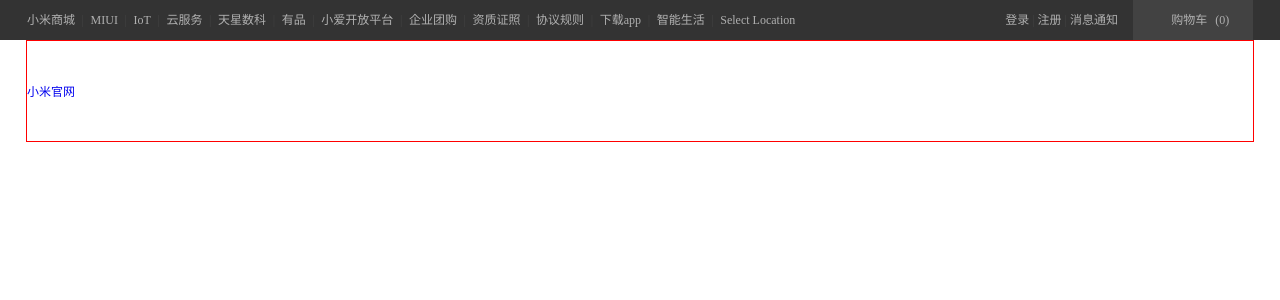
Repository: StackTc/FrontStudy
Page: xiaomi/demo.html
An editor plug-in stored every save of this project. The page is shown before and after a run of saves, followed by the edit.
The browser window is 1280 px wide. The pictures show the whole page.
Some web fonts or font styles are not loaded; a fallback is used.

Above is the page before, as saved 2024-06-05 08:51:54.

### xiaomi/demo.html
<!DOCTYPE html>
<html lang="en">

<head>
    <meta charset="UTF-8" />
    <meta name="viewport" content="width=device-width, initial-scale=1.0" />
    <title>
        小米商城 - 小米11、Redmi Note 9、小米MIX Alpha，小米电视官方网站
    </title>
    <link rel="stylesheet" href="css/General style.css" />
    <link rel="stylesheet" href="my/demo.css" />
    <link rel="stylesheet" href="css/iconfont.css" />
</head>

<body>
    <div class="header">
        <div class="site-topbar">
            <div class="container w">
                <div class="topbar-nav fl">
                    <a href="#">小米商城</a>
                    <span>|</span>
                    <a href="#">MIUI</a>
                    <span>|</span>
                    <a href="#">IoT</a>
                    <span>|</span>
                    <a href="#">云服务</a>
                    <span>|</span>
                    <a href="#"> 天星数科</a>
                    <span>|</span>
                    <a href="#">有品</a>
                    <span>|</span>
                    <a href="#">小爱开放平台</a>
                    <span>|</span>
                    <a href="#">企业团购</a>
                    <span>|</span>
                    <a href="#">资质证照</a>
                    <span>|</span>
                    <a href="#">协议规则</a>
                    <span>|</span>
                    <a href="#" id="j-app" class="topbar-download">
                        下载app
                        <div class="appcode">
                            <img src="images/download.png" alt="小米商城" width="90" height="90">
                            <span>
                                小米商城app
                            </span>
                        </div>
                    </a>
                    <span>|</span>
                    <a href="#">智能生活</a>
                    <span>|</span>
                    <a href="#">Select Location</a>
                </div>

                <div class="site-shop fr">
                    <a href="#" class="cart">
                        <em class="iconfont">&#xe61c;</em>购物车
                        <span class="J-sp"> (0) </span>
                    </a>
                    <div class="j-menu">购物车中还没有商品，赶紧选购吧！</div>
                </div>

                <div class="topbar-info fr">
                    <a href="#">登录</a>

                    <span>|</span>
                    <a href="#">注册</a>
                    <span>|</span>
                    <span class="site-info-span">
                        <a href="#">消息通知</a>
                    </span>
                </div>
            </div>
        </div>
    </div>

    <div class="site-header">
        <!-- logo -->
        <div class="head-logo fl">
            <a href="#" class="logo text">
                小米官网
            </a>
        </div>
    </div>
</body>

</html>

### xiaomi/css/General style.css
* {
    margin: 0;
    padding: 0;
}

body {
    font-size: 12px;
}

a {
    text-decoration: none;
}

h1,
h2,
h3,
h4,
h5,
h6 {
    font-weight: normal;
    font-size: 100%;
}

em,
i {
    font-style: normal;
}

input,
button {
    outline: none;
}

.fl {
    float: left;
}

.fr {
    float: right;
}

ul li,
ol li {
    list-style: none;
}

.ir {
    display: block;
    text-align: left;
    text-indent: -9999em;
    overflow: hidden;
}


/* 版心 */

.w {
    width: 1226px;
    margin: 0 auto;
}


/* 清除浮动 */

.clearfix::before,
.clearfix::after {
    content: "";
    display: table;
}

.clearfix::after {
    clear: both;
}


/* 兼容ie6 7 */

.clearfix {
    *zoom: 1;
}

### xiaomi/my/demo.css
.site-topbar {
    background-color: #333;
    height: 40px;
}

.site-topbar a {
    height: 40px;
    line-height: 40px;
    color: #b0b0b0;
    display: inline-block;
}

.topbar-nav span {
    margin: 0 .3em;
    color: #424242;
}

.site-shop {
    position: relative;
    height: 40px;
    width: 120px;
    margin-left: 15px;
    font-size: 12px;
}

.site-shop:hover>.j-menu {
    height: 99px;
    transition: height .3s;
}

.site-shop:hover>.cart,
.site-shop:hover>.cart em,
.site-shop:hover>.cart span {
    color: #ff6700;
}

.site-topbar a:hover {
    color: #fff;
}

.topbar-info span {
    color: #424242;
}

.site-shop .cart {
    height: 40px;
    line-height: 40px;
    background-color: #424242;
    color: #b0b0b0;
    display: block;
    text-align: center;
    position: relative;
}


.site-shop em {
    font-size: 20px;
    /* line-height: 20px; */
    margin-right: 4px;
    vertical-align: -4px;
}

.J-sp {
    padding: 0 5px;
}

.j-menu {
    height: 0px;
    line-height: 99px;
    text-align: center;
    width: 316px;
    box-shadow: 0px 2px 19px 0px rgba(0, 0, 0, 0.75);
    position: absolute;
    top: 40px;
    right: 0px;
    overflow: hidden;
}

.topbar-download {
    position: relative;
}

.appcode {
    position: absolute;
    top: 40px;
    left: 50%;
    transform: translateX(-50%);
    box-shadow: 0 1px 5px #aaa;
    width: 124px;
    height: 0px;
    text-align: center;
    border-top: none;
    overflow: hidden;
    transition: height .3s;
}

.topbar-download:hover .appcode {
    height: 148px;
}

.topbar-download:hover::before {
    display: block;
}


.appcode img {
    display: block;
    margin: 18px auto 0px;
}

.topbar-download::before {
    content: "";
    position: absolute;
    bottom: -1px;
    left: 50%;
    width: 0;
    height: 0;
    /* margin-left: -8px; */
    border-width: 0px 8px 8px;
    border-style: solid;
    border-color: rgba(0, 0, 0, 0) rgba(0, 0, 0, 0) #fff;
    display: none;
}


.site-header {
    width: 1226px;
    height: 100px;
    margin: 0 auto;
    border: 1px solid red;
    display: flex;
    align-items: center;
}

.head-logo {

}

.a::before {
    content: "";
    display: block;
    background-image: url(../images/mi-logo.png);
}

### xiaomi/css/iconfont.css
@font-face {
    font-family: 'iconfont';
    src: url('../fonts/iconfont.eot');
    src: url('../fonts/iconfont.eot?#iefix') format('embedded-opentype'), url('../fonts/iconfont.woff') format('woff'), url('../fonts/iconfont.ttf') format('truetype'), url('../fonts/iconfont.svg#iconfont') format('svg');
}

.iconfont {
    font-family: "iconfont" !important;
    font-size: 16px;
    font-style: normal;
    -webkit-font-smoothing: antialiased;
    -webkit-text-stroke-width: 0.2px;
    -moz-osx-font-smoothing: grayscale;
}

After the next 2 saves:
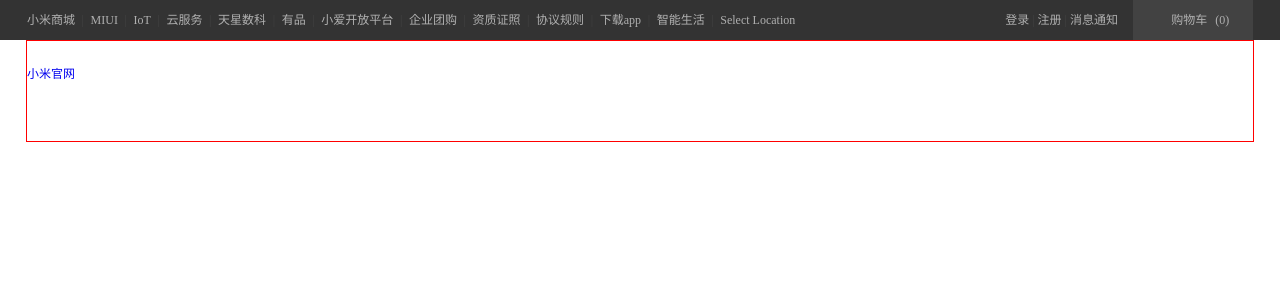
The 2 saves are shown as one change because they came seconds apart.
The last was saved 7 s later.
--- a/xiaomi/my/demo.css
+++ b/xiaomi/my/demo.css
@@ -133,7 +133,8 @@
 }
 
 .head-logo {
-
+    height: 55px;
+    width: 55px;
 }
 
 .a::before {

After the 3 saves that followed:
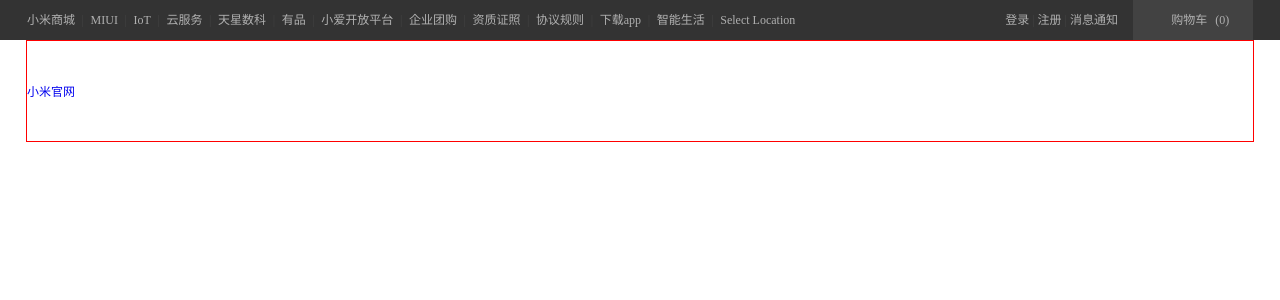
The 3 saves are shown as one change because 1 left the picture as it was and some came seconds apart.
The last was saved 15 s later.
--- a/xiaomi/my/demo.css
+++ b/xiaomi/my/demo.css
@@ -133,12 +133,12 @@
 }
 
 .head-logo {
-    height: 55px;
-    width: 55px;
+    /* height: 55px; */
+    /* width: 55px; */
 }
 
 .a::before {
     content: "";
     display: block;
-    background-image: url(../images/mi-logo.png);
+    /* background-image: url(../images/mi-logo.png); */
 }
